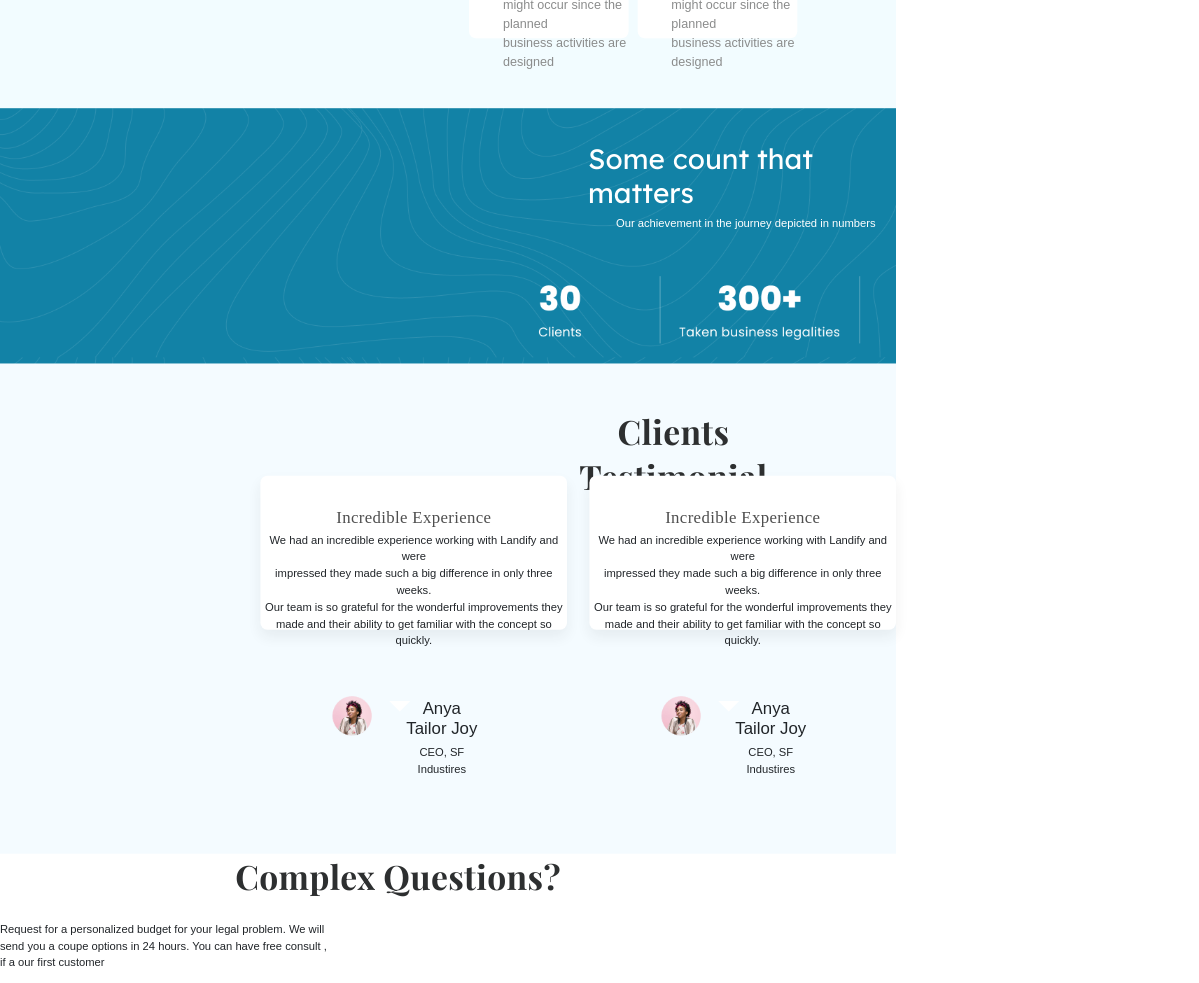
Repository: SAYYODTURINALIYEV/amaliy
Page: index.html
The author's editor kept a copy of each file at every save. The page is drawn from the files as they stood at one save, then again after the next save.
The browser window is 1280 px wide. The page is 1713 px wide, so the pictures cover 1713 px, including what lies to the right of the window. The pictures show the part of the page from y = 1771 to 3211 px (the page is 3175 px tall before and 3211 px after), at 70% of full size.

Above is the page before, as saved 2022-05-20 17:47:03.

### index.html
<!DOCTYPE html>
<html lang="en">

<head>
    <meta charset="UTF-8">
    <meta name="viewport" content="width=device-width, initial-scale=1.0">
    <meta http-equiv="X-UA-Compatible" content="ie=edge">
    <meta name="Description" content="Enter your description here" />
    <link rel="stylesheet" href="https://cdnjs.cloudflare.com/ajax/libs/twitter-bootstrap/4.6.0/css/bootstrap.min.css">
    <link rel="stylesheet" href="https://cdnjs.cloudflare.com/ajax/libs/font-awesome/5.15.4/css/all.min.css">
    <link rel="stylesheet" href="styles/style.css">
    <title>figma</title>
</head>

<body>

    <nav id="nav">
        <section id="header_left">
            <div id="author_logo">
                <h1 id="author_logo_h1">L</h1>
            </div>
            <h1 id="author">Lawliet</h1>
        </section>
        <section id="header_right" class="ml-5 header_right">
            <section id="menues" class="ml-5">
                <ul id="menues_ul">
                    <a href="#">
                        <li>CONTACT</li>
                    </a>
                    <a href="#" class="ml-5">
                        <li>TESTIMONIALS</li>
                    </a>
                    <a href="#" class="ml-5">
                        <li>ABOUT</li>
                    </a>
                    <a href="#" class="ml-5">
                        <li>TERMS</li>
                    </a>
                </ul>
                <a href="#" id="search"><i class="fas fa-search ml-5" ></i></a>
            </section>

        </section>
    </nav><br>
    <section id="header">
        <div id="header_top"><br>
            <div class="ml-5">
                <h1 id="header_top_h1">Your Solution <br> Legal Consultacy</h1><br><br>
                <p id="header_top_p">We are here to help you take care of your legality <br> with the best service especially for you.</p><br>
                <button type="button" id="header_top_button">GET STARTED</button><br><br><br><br><br><br><br>
                <p id="header_top_p2">Trusted by 10+ companies in indonesia</p><br>
                <div id="brends">
                    <img src="images/Airbnb Logo.png" alt="" id="brends1">
                    <img src="images/Layer 2.png" alt="" class="ml-5" id="brends2"> <br><br>
                    <img src="images/Microsoft Logo.png" alt="" id="brends3">
                    <img src="images/Google Logo.png" alt="" class="ml-3" id="brends4">
                </div>

                <img src="images/Hero Image.png" alt="" id="header_top_img">

            </div>

        </div>
        <div id="header_bottom" class="mt-0">
            <div id="header_bottom_left"><br><br><br><br><br><br><br><br><br>
                <h1 id="header_bottom_left_h1">Why do we help <br> with legalization?</h1><br>
                <p id="header_bottom_left_p">We are here for UMKM in Indonesia <br> to carry out the legalization process, <br> which is sometimes complicated.</p>
            </div>
            <div class="continer2_right_top d-flex ml-5">
                <div class="con2_top_left">
                    <img src="images/Circle Layer.png" alt="" class="ml-5">
                    <h4 class="ml-5">Enviromental <br> Law</h4>
                    <p class="ml-5">Environmental legal issues <br> might occur since the planned <br> business activities are <br> designed</p>
                </div>
                <div class="con2_top_right mr-4">
                    <img src="images/Bag.png" alt="" class="ml-5">
                    <h4 class="ml-5">Corporate and <br> Commercial</h4>
                    <p class="ml-5">We provide a complete range <br> of services for the continuity <br> of your business activities.</p>
                </div>
            </div>
            <div id="con3_top">
                <img src="/images/Rocket.png" alt="" class="ml-5">
                <h4 class="ml-5">Enviromental <br> Law</h4>
                <p class="ml-5">Environmental legal issues <br> might occur since the planned <br> business activities are <br> designed</p><br>
            </div>
            <div id="con4_top">
                <img src="/images/User Arrows.png" alt="" class="ml-5">
                <h4 class="ml-5">Enviromental <br> Law</h4>
                <p class="ml-5">Environmental legal issues <br> might occur since the planned <br> business activities are <br> designed</p><br>
            </div>

        </div>

    </section>
    <section id="main">
        <div id="main_top">
            <div id="main_top1">
                <h1 id="main_top1_h1"><br> Some count that matters
                </h1>
                <p class="ml-5" id="main_top1_p">Our achievement in the journey depicted in numbers</p><br><br>
                <img src="images/Counts.png" alt="" class="image">
            </div>

        </div>
    </section>
    <section id="clients">

        <h2 id="main2_h1"><br> Clients Testimonial</h2>
        <br>
        <div id="main2_1">
            <h3 id="main2_1_h1"><br><br> <br><br> Incredible Experience</h3>
            <p id="main2_1_p">We had an incredible experience working with Landify and were <br> impressed they made such a big difference in only three weeks. <br> Our team is so grateful for the wonderful improvements they <br> made and their ability to get familiar
                with the concept so <br> quickly.</p>
            <img src="/images/Photo.png" alt="" id="main2_1_img">
            <h4 style="margin-left: 13rem;margin-top: -3.3rem;margin-right: 8rem;">Anya Tailor Joy</h4>
            <p style="margin-left: 13rem;margin-right: 8rem;">CEO, SF Industires</p>
        </div>
        <div id="main2_2">
            <h3 id="main2_1_h1"><br><br><br><br> Incredible Experience</h3>
            <p id="main2_1_p">We had an incredible experience working with Landify and were <br> impressed they made such a big difference in only three weeks. <br> Our team is so grateful for the wonderful improvements they <br> made and their ability to get familiar
                with the concept so <br> quickly.</p>
            <img src="/images/Photo.png" alt="" id="main2_2_img">
            <h4 style="margin-left: 13rem;margin-top: -3.3rem;margin-right: 8rem;">Anya Tailor Joy</h4>
            <p style="margin-left: 13rem;margin-right: 8rem;">CEO, SF Industires</p>


        </div>
    </section>
    <section id="Complex_Questions">
        <h1 id="complex_h1">Complex Questions?</h1><br>
        <p>Request for a personalized budget for your legal problem. We will <br> send you a coupe options in 24 hours. You can have free consult , <br> if a our first customer</p>
    </section>






    <script src="https://cdnjs.cloudflare.com/ajax/libs/jquery/3.5.1/jquery.min.js"></script>
    <script src="https://cdnjs.cloudflare.com/ajax/libs/popper.js/1.16.1/umd/popper.min.js"></script>
    <script src="https://cdnjs.cloudflare.com/ajax/libs/twitter-bootstrap/4.6.0/js/bootstrap.min.js"></script>
</body>

</html>

### styles/style.css
@import url('https://fonts.googleapis.com/css2?family=Roboto:wght@100;500&display=swap');
@import url('https://fonts.googleapis.com/css2?family=Playfair+Display:wght@400;700&family=Roboto:wght@100;500&display=swap');
@import url('https://fonts.googleapis.com/css2?family=Lexend+Deca&display=swap');
* {
    margin: 0;
    padding: 0;
    box-sizing: border-box;
    font-family: sans-serif;
}


/* ====NAVBAR===START===*/

#nav {
    position: fixed;
    background-color: white;
    width: 100%;
}

#menues {
    list-style-type: none;
    display: flex;
    flex-direction: row;
    justify-content: center;
    margin-right: -10rem;
}

#menues ul a {
    color: #2D2F30;
}

#menues_ul {
    display: flex;
    flex-direction: row;
    justify-content: center;
    list-style: none;
    margin-left: 32rem;
    margin-top: -2rem;
    font-family: 'Roboto', sans-serif;
}


/* ====NAVBAR===END===*/

#header_left {
    display: flex;
    flex-direction: row;
    margin-left: 240px;
    margin-top: 2rem;
}

#author_logo {
    width: 3rem;
    height: 3rem;
    background-color: #094B72;
    text-align: center;
    border-radius: 30px;
    padding: 20px;
    cursor: pointer;
    margin-left: 8.6rem;
}

#author_logo_h1 {
    margin-top: -0.9rem;
    font-size: 30px;
    font-weight: lighter;
    margin-left: -0.2rem;
    color: white;
}

#author {
    font-weight: bolder;
    margin-left: 1rem;
    font-family: 'Roboto', sans-serif;
    font-size: 28px;
    margin-top: 0.5rem;
    cursor: pointer;
}

#search {
    color: #2D2F30;
    margin-left: 5.8rem;
    margin-top: -2.3rem;
    font-size: 1.5rem;
    font-weight: bolder;
}


/* ====NAVBAR===END===*/


/* ====HEADER-TOP===START===*/

#header_top {
    background-color: #F9F8F9;
    height: 1072px;
}

#header_top_h1 {
    font-family: 'Playfair Display';
    font-style: normal;
    font-weight: 900;
    font-size: 76px;
    line-height: 120%;
    letter-spacing: 0.02em;
    color: #094B72;
    margin-left: 329px;
    margin-top: 10rem;
}

#header_top_p {
    font-family: sans-serif;
    font-style: normal;
    font-weight: 500;
    font-size: 20px;
    line-height: 158%;
    display: flex;
    align-items: center;
    letter-spacing: 0.5px;
    color: #4F4F4F;
    margin-left: 329px;
}

#header_top_button {
    background: #094B72;
    border-radius: 8px;
    padding: 25px;
    margin-left: 329px;
    color: rgb(253, 244, 244);
    font-family: sans-serif;
    border: none;
    font-weight: bold;
}

#header_top_button:hover {
    transition: 0.2s;
    box-shadow: 6px 6px black;
}

#header_top_button:active {
    transition: 0.1s;
    box-shadow: 6px 6px rgb(255, 255, 255);
}

#header_top_img {
    margin-top: -57.98rem;
    width: 549px;
    height: 973px;
    margin-left: 55rem;
}

#header_top_p2 {
    font-style: normal;
    font-weight: 400;
    font-size: 22px;
    letter-spacing: 0.04em;
    color: #8B8C8C;
    margin-left: 329px;
}

#brends {
    margin-left: 329px;
}

#brends1:hover {
    transform: scale(1.2);
    transition: all 0.9s;
}

#brends2:hover {
    transform: scale(1.2);
    transition: all 0.9s;
}

#brends3 {
    margin-right: 1rem;
}

#brends3:hover {
    transform: scale(1.2);
    transition: all 0.9s;
}

#brends4:hover {
    transform: scale(1.2);
    transition: all 0.9s;
}

#brends img {
    cursor: pointer;
}


/* ====HEADER-TOP===END===*/


/* ====HEADER-BOTTOM===START===*/

#header_bottom {
    background-color: #F2FCFF;
    height: 830px;
}

#header_bottom_left {
    margin-left: 369px;
}

#header_bottom_left_h1 {
    font-family: 'Playfair Display';
    font-style: bold;
    font-weight: 700;
    font-size: 52px;
    line-height: 64px;
    letter-spacing: 0.323077px;
    color: #2D2F30;
}

#header_bottom_left_p {
    font-family: 'Poppins';
    font-style: normal;
    font-weight: 400;
    font-size: 28px;
    line-height: 36px;
    letter-spacing: 0.5px;
    color: #8B8C8C;
}

#header_bottom {
    display: flex;
    flex-direction: row;
}

.continer2_left {
    margin-left: -1%;
    padding-top: 15%;
    padding-bottom: 15%;
}

.continer2_left h1 {
    font-family: 'Playfair Display';
    font-style: normal;
    font-weight: 700;
    font-size: 48px;
    line-height: 64px;
    letter-spacing: 0.323077px;
    color: #2D2F30;
}

.continer2_left p {
    font-family: 'Poppins';
    font-style: normal;
    font-weight: 400;
    font-size: 20px;
    line-height: 36px;
    letter-spacing: 0.5px;
    color: #8B8C8C;
}

.con2_top_left {
    background-color: white;
    width: 17.8%;
    height: 250px;
    border-radius: 10px;
    position: absolute;
    margin-left: 39.8rem;
}

.con2_top_left img {
    margin-left: 20px;
    margin-top: 20px;
}

.con2_top_left h4 {
    margin-left: 20px;
    margin-top: 10px;
}

.con2_top_left p {
    margin-left: 20px;
    margin-top: 10px;
    color: #8B8C8C;
}

.continer2_right_top {
    margin-top: 10%;
    width: 50%;
}

.continer2_right h1 {
    font-family: 'Playfair Display';
    font-style: normal;
    font-weight: 700;
    font-size: 48px;
    line-height: 64px;
    letter-spacing: 0.323077px;
    color: #2D2F30;
}

.continer2_right p {
    font-family: 'Poppins';
    font-style: normal;
    font-weight: 400;
    font-size: 20px;
    line-height: 36px;
    letter-spacing: 0.5px;
    color: #8B8C8C;
}

.con2_top_right {
    background-color: white;
    position: relative;
    width: 35.8%;
    height: 250px;
    margin-left: 22.5%;
    border-radius: 10px;
}

.con2_top_right img {
    margin-left: 20px;
    margin-top: 20px;
}

.con2_top_right h4 {
    margin-left: 20px;
    margin-top: 10px;
}

.con2_top_right p {
    margin-left: 20px;
    margin-top: 10px;
    color: #8B8C8C;
}

.continer2_right_bottom {
    margin-top: 40%;
    margin-left: -55%;
}

.con2_bottom_left {
    background-color: white;
    width: 57%;
    height: 250px;
    margin-left: -10%;
    margin-top: -5%;
    border-radius: 10px;
}

.con2_bottom_left img {
    margin-left: 20px;
    margin-top: 20px;
}

.con2_bottom_left h4 {
    margin-left: 20px;
    margin-top: 10px;
}

.con2_bottom_left p {
    margin-left: 20px;
    margin-top: 10px;
    color: #8B8C8C;
    font-size: 18px;
}

.con2_bottom_right {
    background-color: white;
    width: 57%;
    height: 250px;
    margin-top: -5%;
    left: 14%;
    margin-bottom: 20%;
    border-radius: 10px;
    margin-right: 2rem;
}

.con2_bottom_right img {
    margin-left: 20px;
    margin-top: 20px;
}

.con2_bottom_right h4 {
    margin-left: 20px;
    margin-top: 10px;
}

.con2_bottom_right p {
    margin-left: 20px;
    margin-top: 10px;
    color: #8B8C8C;
    font-size: 18px;
}

#con3_top {
    background-color: white;
    width: 17.8%;
    height: 250px;
    left: 14%;
    border-radius: 10px;
    margin-top: 30rem;
    margin-left: -51.1rem;
}

.con2_top_right:hover {
    transform: scale(1.1);
    transition: all 0.8s;
}

.con2_top_left:hover {
    transform: scale(1.1);
    transition: all 0.5s;
}

#con4_top {
    background-color: white;
    width: 17.8%;
    height: 250px;
    border-radius: 10px;
    margin-top: 30rem;
    margin-left: 1%;
}

#con4_top:hover {
    transform: scale(1.1);
    transition: all 0.8s;
}

#con3_top:hover {
    transform: scale(1.1);
    transition: all 0.8s;
}

#con3_top img {
    margin-left: 20px;
    margin-top: 20px;
}

#con3_top h4 {
    margin-left: 20px;
    margin-top: 10px;
}

#con3_top p {
    margin-left: 20px;
    margin-top: 10px;
    color: #8B8C8C;
    font-size: 18px;
}

#con4_top p {
    margin-left: 20px;
    margin-top: 10px;
    color: #8B8C8C;
}

#con4_top img {
    margin-left: 20px;
    margin-top: 20px;
}

#con4_top h4 {
    margin-left: 20px;
    margin-top: 10px;
}

#con4_top p {
    margin-left: 20px;
    margin-top: 10px;
    color: #8B8C8C;
    font-size: 18px;
}

#main_top {
    background: url(/images/BG.png);
    height: 365px;
}

#main_top1 {
    margin-left: 38rem;
    font-family: 'Lucida Sans', 'Lucida Sans Regular', 'Lucida Grande', 'Lucida Sans Unicode', Geneva, Verdana, sans-serif;
}

#main_top1_h1 {
    color: white;
    font-family: 'Lexend Deca', sans-serif;
    margin-left: 14.5rem;
}

#main_top1_p {
    color: white;
    margin-left: 17rem !important;
}

.image {
    margin-left: 4rem;
}

#main2_h1 {
    font-family: 'Playfair Display';
    font-style: normal;
    font-weight: 700;
    font-size: 48px;
    line-height: 64px;
    text-align: center;
    letter-spacing: 0.5px;
    font-feature-settings: 'salt' on, 'liga' off;
    color: #2D2F30;
    margin-left: 49rem;
}

#main2 {
    background-color: #f4fbff;
}

#clients {
    background-color: #f4fbff;
    width: 30rem;
    width: 100%;
    display: flex;
    flex-direction: row;
    height: 700px;
}

#main2_1_h1 {
    font-family: 'Poppins';
    font-style: normal;
    font-weight: 400;
    font-size: 24px;
    margin-top: -3rem;
    line-height: 24px;
    letter-spacing: 0.5px;
    font-feature-settings: 'salt' on, 'liga' off;
    color: #4F4F4F;
    text-align: center;
}

#main2_1 {
    background-color: white;
    width: 27%;
    line-height: 24px;
    font-family: 'Poppins';
    text-align: center;
    border-radius: 10px;
    width: 540px;
    height: 220px;
    box-shadow: 0px 10px 20px rgba(41, 41, 42, 0.07);
    margin-top: 10rem;
    margin-left: -48rem;
}

#main2_2 {
    background-color: white;
    width: 27%;
    line-height: 24px;
    font-family: 'Poppins';
    text-align: center;
    border-radius: 10px;
    width: 540px;
    height: 220px;
    box-shadow: 0px 10px 20px rgba(41, 41, 42, 0.07);
    margin-top: 10rem;
    margin-left: 2rem;
}

#main2_2_h1 {
    font-family: 'Poppins';
    font-style: normal;
    font-weight: 400;
    font-size: 24px;
    margin-top: -3rem;
    line-height: 24px;
    letter-spacing: 0.5px;
    font-feature-settings: 'salt' on, 'liga' off;
    color: #4F4F4F;
    text-align: center;
}

#main2_1::after {
    content: "";
    position: relative;
    border-width: 15px;
    border-style: solid;
    border-color: rgb(255, 255, 255) transparent transparent transparent;
    top: -114px;
    left: -20px;
}

#main2_2::after {
    content: "";
    position: relative;
    border-width: 15px;
    border-style: solid;
    border-color: rgb(255, 255, 255) transparent transparent transparent;
    top: -114px;
    left: -20px;
}

#main2_1_img {
    margin-top: 3.2rem;
    margin-right: 11rem;
}

#main2_2_img {
    margin-top: 3.2rem;
    margin-right: 11rem;
}

#Complex_Questions {}

#complex_h1 {
    font-family: 'Playfair Display';
    font-style: normal;
    font-weight: 700;
    font-size: 48px;
    line-height: 64px;
    letter-spacing: 0.5px;
    margin-left: 21rem;
    font-feature-settings: 'salt' on, 'liga' off;
    color: #2D2F30;
}

#complex_p {
    font-family: 'Poppins';
    font-style: normal;
    font-weight: 400;
    font-size: 24px;
    line-height: 36px;
    margin-left: 21rem;
    letter-spacing: 0.5px;
    color: #4F4F4F;
}

After the next save:
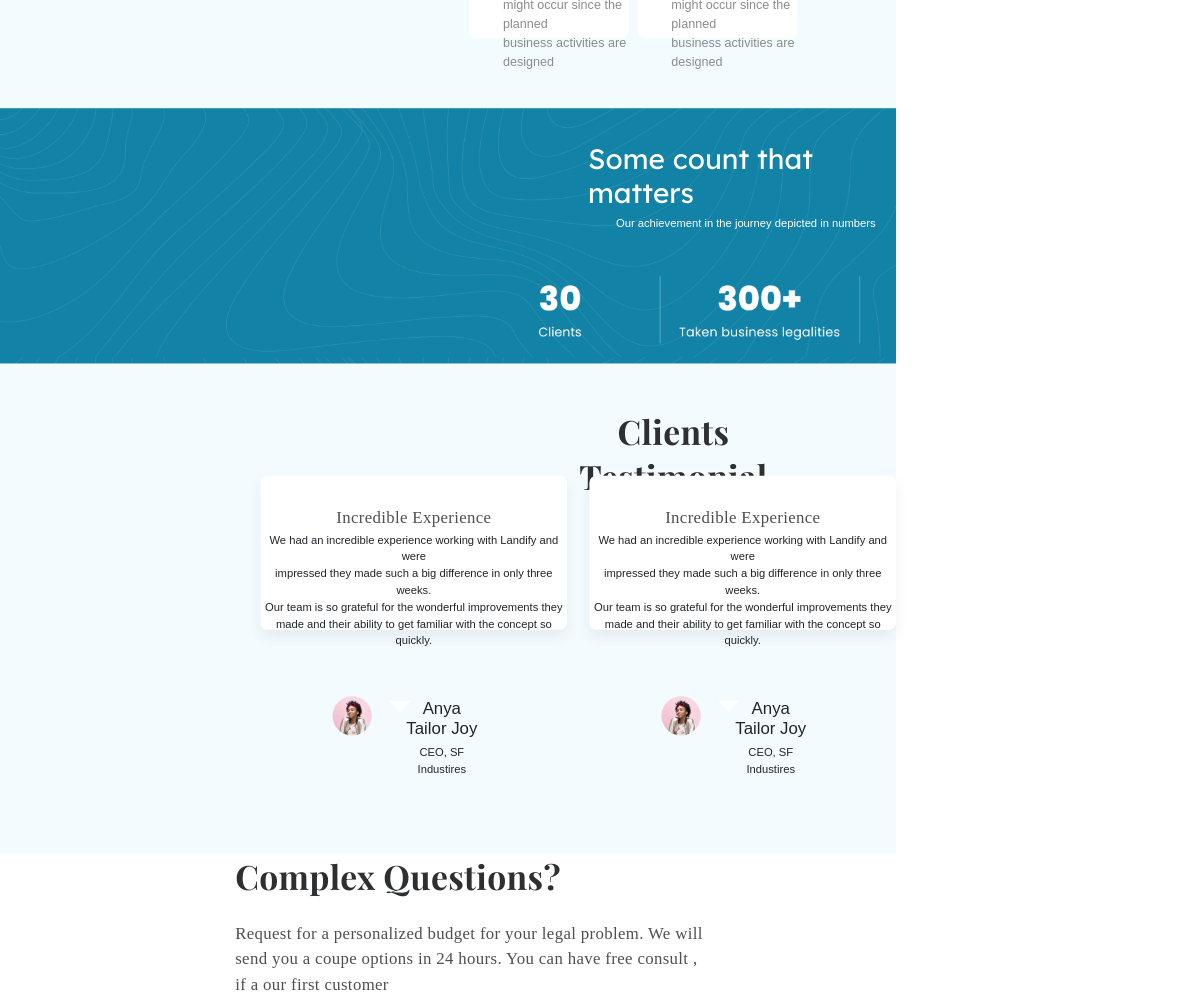
Saved 21 s later.
--- a/index.html
+++ b/index.html
@@ -128,7 +128,7 @@
     </section>
     <section id="Complex_Questions">
         <h1 id="complex_h1">Complex Questions?</h1><br>
-        <p>Request for a personalized budget for your legal problem. We will <br> send you a coupe options in 24 hours. You can have free consult , <br> if a our first customer</p>
+        <p id="complex_p">Request for a personalized budget for your legal problem. We will <br> send you a coupe options in 24 hours. You can have free consult , <br> if a our first customer</p>
     </section>
 
 
